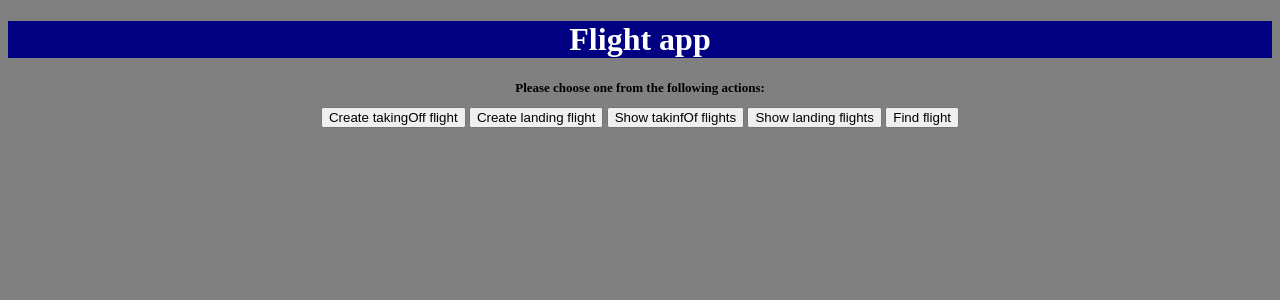
Repository: kerenrachev/Flight-App-Project
Page: FlightApp/WebContent/Web.html
An editor plug-in stored every save of this project. The page is shown before and after the next save, followed by the edit.
The browser window is 1280 px wide. The pictures show the whole page.

Above is the page before, as saved 2020-08-19 16:02:10.

### FlightApp/WebContent/Web.html
<!DOCTYPE html>
<html>
<head>
<meta charset="windows-1255">
<title>"HELLO"</title>
</head>
<style>
h1 {
  background-color: navy;
  color: white;
  text-align: center;
}
h2{
  text-align: center;
  font-size: small;
}
body{
   background-color: gray;
}
div.transbox {
  margin: 30px;
  background-color: #ffffff;
  border: 1px solid black;
  opacity: 0.6;
}
</style>
<body>
<h1> Flight app </h1>
<h2> Please choose one from the following actions: <h2>
<button type="Button">Create takingOff flight</button>
<button type="Button">Create landing flight</button>
<button type="Button">Show takinfOf flights</button>
<button type="Button">Show landing flights</button>
<button type="Button">Find flight</button>


</body>
</html>

After the next save:
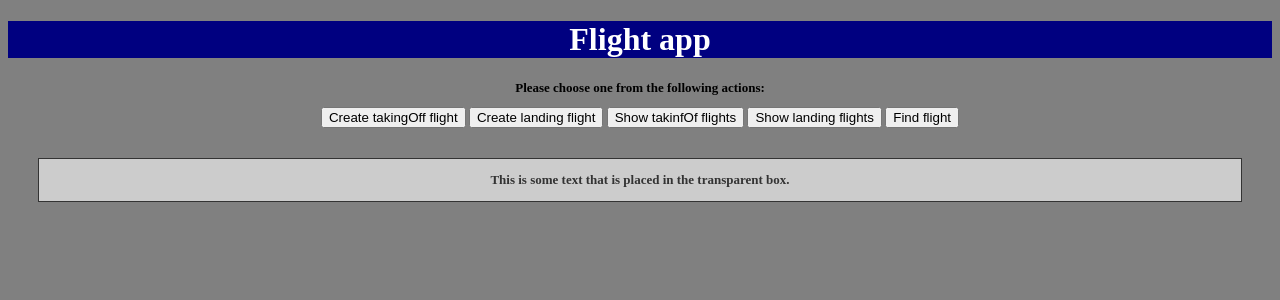
Saved 40 s later.
--- a/FlightApp/WebContent/Web.html
+++ b/FlightApp/WebContent/Web.html
@@ -32,7 +32,9 @@ div.transbox {
 <button type="Button">Show takinfOf flights</button>
 <button type="Button">Show landing flights</button>
 <button type="Button">Find flight</button>
-
+  <div class="transbox">
+    <p>This is some text that is placed in the transparent box.</p>
+  </div>
 
 </body>
 </html>
